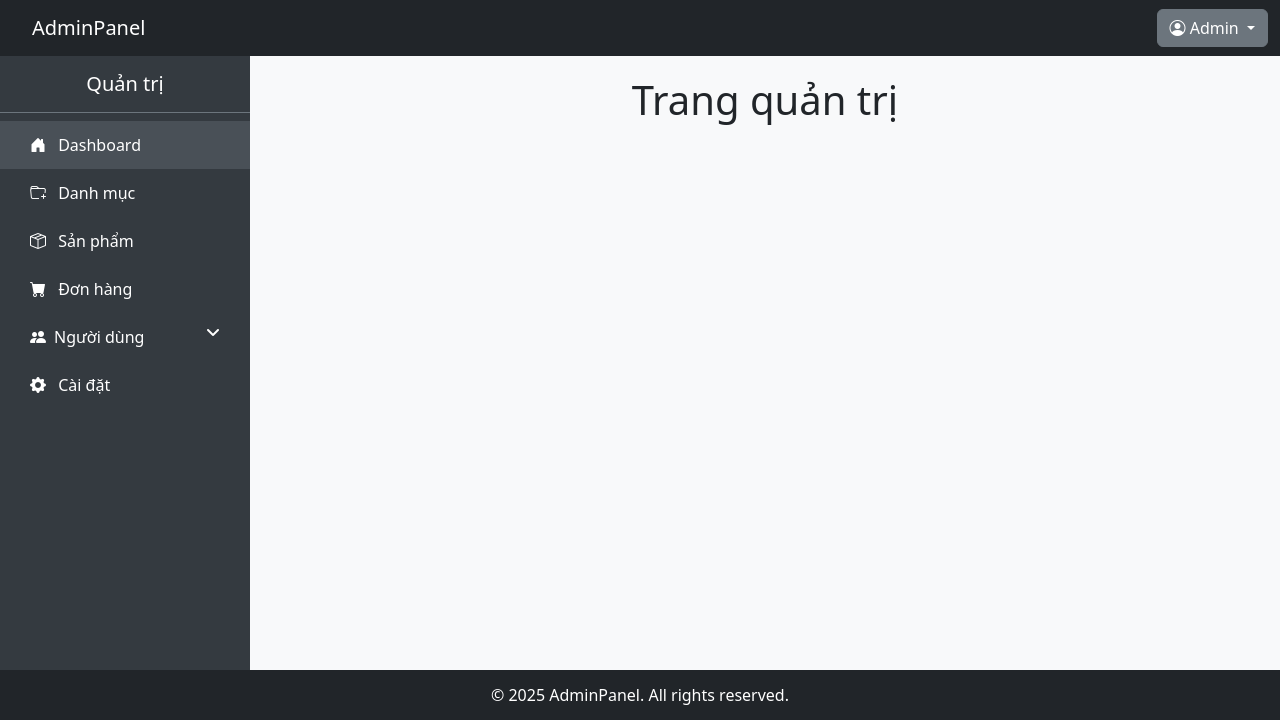
Repository: viethoa0411/Meteor-Shop
Page: http://localhost/admin
An editor plug-in stored every save of this project. The page is shown before and after the next save, followed by the edit.
The browser window is 1280 px wide. The pictures show the whole page.
The page is served by the project's Laravel application, run on PHP 8.4 with Laravel 12. Other server files are loaded and not shown.

Above is the page before, as saved 2025-11-05 13:56:13.

### routes/web.php
<?php

use App\Http\Controllers\Admin\ProductController;
use App\Models\Category;
use Illuminate\Support\Facades\Route;
use App\Http\Controllers\Admin\CategoryController;

Route::redirect('/', '/admin')->name('home');

Route::prefix('admin')->name('admin.')->group(function () {
    Route::view('/', 'admin.dashboard')->name('dashboard');
    Route::view('/categories', 'admin.categories.list')->name('categories.list');

    Route::get('/products/trash',           [ProductController::class, 'trash'])->name('products.trash');
    Route::get('/products/{id}/restore',    [ProductController::class, 'restore'])->name('products.restore');
    Route::get('/products/{id}/force',      [ProductController::class, 'force'])->name('products.force');

    // admin.products.index/create/store/show/edit/update/destroy
    Route::resource('products', ProductController::class)->names([
        'index'         =>  'products.list',
        'create'        =>  'products.create',
        'store'         =>  'products.store',
        'show'          =>  'products.show',
        'edit'          =>  'products.edit',
        'update'        =>  'products.update',
        'destroy'       =>  'products.destroy',
    ]);
});

Route::get('/', function () {
    return view('client.home');
});
Route::get('/admin', function () {
    return view('admin.dashboard');
});

Route::prefix('admin/categories')->name('admin.categories.')->group(function () {
    Route::get('/', [CategoryController::class, 'list'])->name('list');
    Route::get('/create', [CategoryController::class, 'create'])->name('create');
    Route::post('/store', [CategoryController::class, 'store'])->name('store');
    Route::get('/edit/{id}', [CategoryController::class, 'edit'])->name('edit');
    Route::post('/update/{id}', [CategoryController::class, 'update'])->name('update');
    Route::delete('/delete/{id}', [CategoryController::class, 'destroy'])->name('destroy');
    Route::get('/admin/categories', [CategoryController::class, 'list'])->name('admin.categories.list');
});

### resources/views/admin/dashboard.blade.php
@extends('admin.layouts.app')


@if (session('success'))
    <div class="alert alert-success">
        {{ session('success') }}
    </div>
@endif

@if (session('error'))
    <div class="alert alert-danger">
        {{ session('error') }}
    </div>
@endif

@section('title','Admin Dashboard')
@section('content')
    <h1 class="text-center mb-4">Trang quản trị</h1>
@endsection

### resources/views/admin/layouts/app.blade.php
<!DOCTYPE html>
<html lang="vi">

<head>
    <meta charset="UTF-8">
    <meta name="viewport" content="width=device-width, initial-scale=1">
    <title>Meteor Admin</title>
    <link href="https://cdn.jsdelivr.net/npm/bootstrap@5.3.2/dist/css/bootstrap.min.css" rel="stylesheet">
    <link href="https://cdn.jsdelivr.net/npm/bootstrap-icons@1.10.5/font/bootstrap-icons.css" rel="stylesheet">
    <link rel="stylesheet" href="https://cdnjs.cloudflare.com/ajax/libs/font-awesome/6.4.0/css/all.min.css">
    <style>
        body {
            margin: 0;
            padding: 0;
            min-height: 100vh;
            display: flex;
            flex-direction: column;
        }

        .admin-container {
            display: flex;
            flex: 1;
            min-height: calc(100vh - 56px - 50px);
            /* trừ header và footer */
        }

        .sidebar {
            width: 250px;
            background-color: #343a40;
            color: #fff;
            flex-shrink: 0;
        }

        .sidebar a {
            color: #fff;
            padding: 12px 30px;
            display: block;
            text-decoration: none;
        }

        .sidebar a:hover,
        .sidebar a.active {
            background-color: #495057;
        }

        main {
            flex: 1;
            padding: 20px;
            background-color: #f8f9fa;
        }

        .footer {
            height: 50px;
            background-color: rgba(var(--bs-dark-rgb));
            color: #fff;
            display: flex;
            align-items: center;
            justify-content: center;
        }

        .navbar-brand {
            padding-left: 20px;
        }

        @media (max-width: 768px) {
            .sidebar {
                display: none;
            }
        }
    </style>
</head>

<body>
    <!-- Header -->
    <header>
        <nav class="navbar navbar-expand-lg navbar-dark bg-dark">
            <div class="container-fluid">
                <a class="navbar-brand" href="#">AdminPanel</a>
                <div class="ms-auto">
                    <div class="dropdown">
                        <a class="btn btn-secondary dropdown-toggle" href="#" role="button" data-bs-toggle="dropdown">
                            <i class="bi bi-person-circle"></i> Admin
                        </a>
                        <ul class="dropdown-menu dropdown-menu-end">
                            <li>
                                <a class="dropdown-item" href="#" onclick="return confirm('Đăng xuất khỏi hệ thống!!');">
                                    Đăng xuất
                                </a>
                            </li>
                        </ul>
                    </div>
                </div>
            </div>
        </nav>
    </header>

    <!-- Nội dung chính -->
    <div class="admin-container">
        <!-- Sidebar -->
        <aside class="sidebar">
            <h5 class="text-center py-3 border-bottom border-secondary">Quản trị</h5>
            <a href="#" class="active"><i class="bi bi-house-door-fill me-2"></i> Dashboard</a>
            <a href="{{ route('admin.categories.list') }}"><i class="bi bi-folder-plus me-2"></i> Danh mục</a>
            <a href="{{ route('admin.products.list') }}"><i class="bi bi-box-seam me-2"></i> Sản phẩm</a>
            <a href="#"><i class="bi bi-cart-fill me-2"></i> Đơn hàng</a>

            <ul class="nav nav-pills flex-column mb-sm-auto mb-0">
                <li>
                    <a class="nav-link text-white" data-bs-toggle="collapse" href="#userSubmenu" role="button"
                        aria-expanded="false" aria-controls="userSubmenu">
                        <i class="bi bi-people-fill me-2"></i>Người dùng
                        <i class="fas fa-angle-down float-end"></i>
                    </a>
                    <div class="collapse ps-3" id="userSubmenu">
                        <ul class="nav flex-column">
                            <li class="nav-item">
                                <a href="#" class="nav-link text-white">
                                    <i class="fas fa-user-cog me-2"></i> Tài khoản quản trị
                                </a>
                            </li>
                            <li class="nav-item">
                                <a href="#" class="nav-link text-white">
                                    <i class="fas fa-user me-2"></i> Tài khoản khách hàng
                                </a>
                            </li>
                        </ul>
                    </div>
                </li>
            </ul>
            <a href="#"><i class="bi bi-gear-fill me-2"></i> Cài đặt</a>
        </aside>

        <!-- Content -->
        <main>
            @yield('content')
        </main>
    </div>

    <!-- Footer -->
    <footer class="footer">
        <span>&copy; 2025 AdminPanel. All rights reserved.</span>
    </footer>

    <!-- Bootstrap JS -->
    <script src="https://cdn.jsdelivr.net/npm/bootstrap@5.3.2/dist/js/bootstrap.bundle.min.js"></script>
@stack('scripts')
</body>

</html>

Loaded but not shown: app/Providers/AppServiceProvider.php (common file)

After the next save:
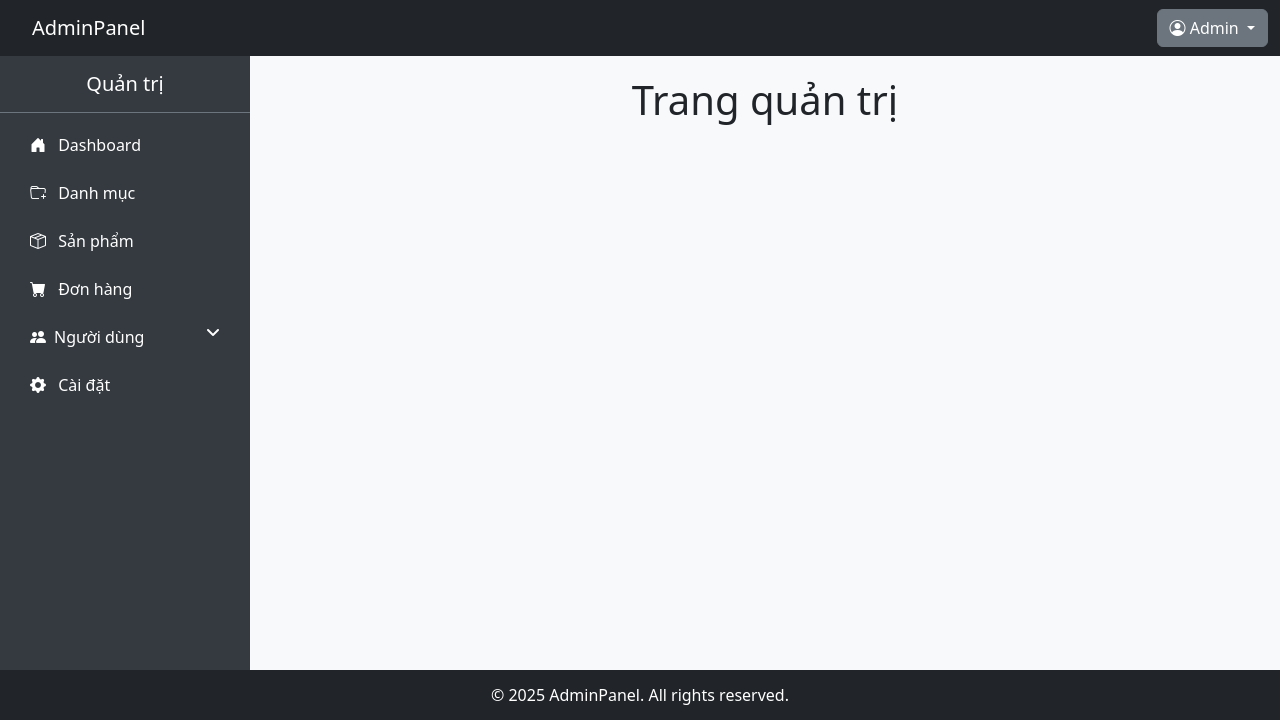
Saved 18 s later.
--- a/resources/views/admin/layouts/app.blade.php
+++ b/resources/views/admin/layouts/app.blade.php
@@ -99,7 +99,7 @@
         <!-- Sidebar -->
         <aside class="sidebar">
             <h5 class="text-center py-3 border-bottom border-secondary">Quản trị</h5>
-            <a href="#" class="active"><i class="bi bi-house-door-fill me-2"></i> Dashboard</a>
+            <a href="#" class=""><i class="bi bi-house-door-fill me-2"></i> Dashboard</a>
             <a href="{{ route('admin.categories.list') }}"><i class="bi bi-folder-plus me-2"></i> Danh mục</a>
             <a href="{{ route('admin.products.list') }}"><i class="bi bi-box-seam me-2"></i> Sản phẩm</a>
             <a href="#"><i class="bi bi-cart-fill me-2"></i> Đơn hàng</a>
